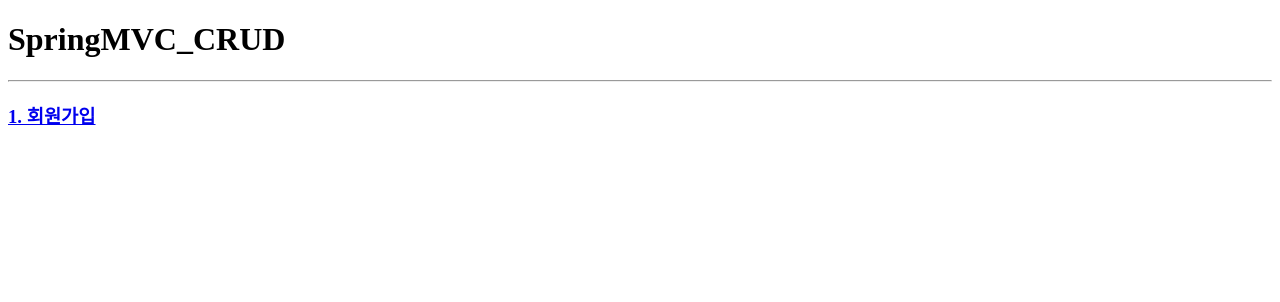
Repository: loseminho/khAcademy-Study
Page: http://localhost/02_SpringMVC_CRUD/
The author's editor kept a copy of each file at every save. The page is drawn from the files as they stood at one save, then again after the next save.
The browser window is 1280 px wide. The pictures show the whole page.
The page is served by Tomcat 9.

Above is the page before, as saved 2022-09-30 02:36:55.

After the next save:
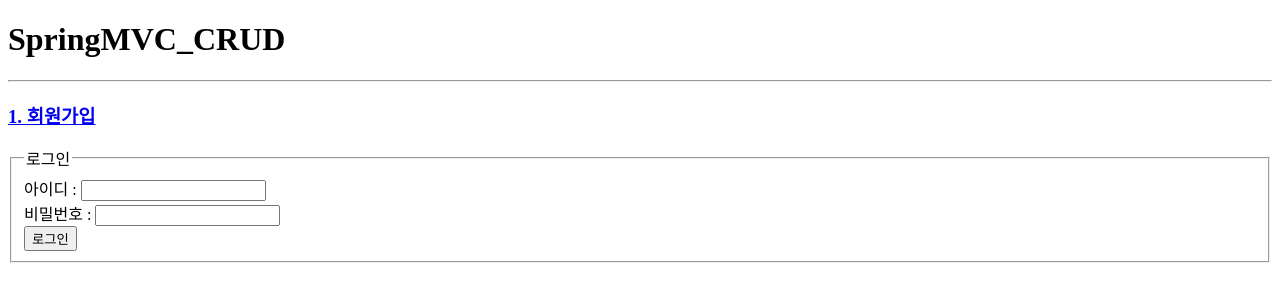
Saved 119 min 23 s later.
--- a/spring/workspace-sts-3.9.13.RELEASE/02_SpringMVC_CRUD/src/main/webapp/index.jsp
+++ b/spring/workspace-sts-3.9.13.RELEASE/02_SpringMVC_CRUD/src/main/webapp/index.jsp
@@ -10,6 +10,14 @@
 	<h1>SpringMVC_CRUD</h1>
 	<hr>
 	<h3><a href="/joinFrm.do">1. 회원가입</a></h3>
+	<form action="login.do" method="post">
+		<fieldset>
+			<legend>로그인</legend>
+			아이디 : <input type="text" name="memberId"><br>
+			비밀번호 : <input type="password" name="memberPw"><br>
+			<input type="submit" value="로그인">
+		</fieldset>
+	</form>
 
 </body>
 </html>
